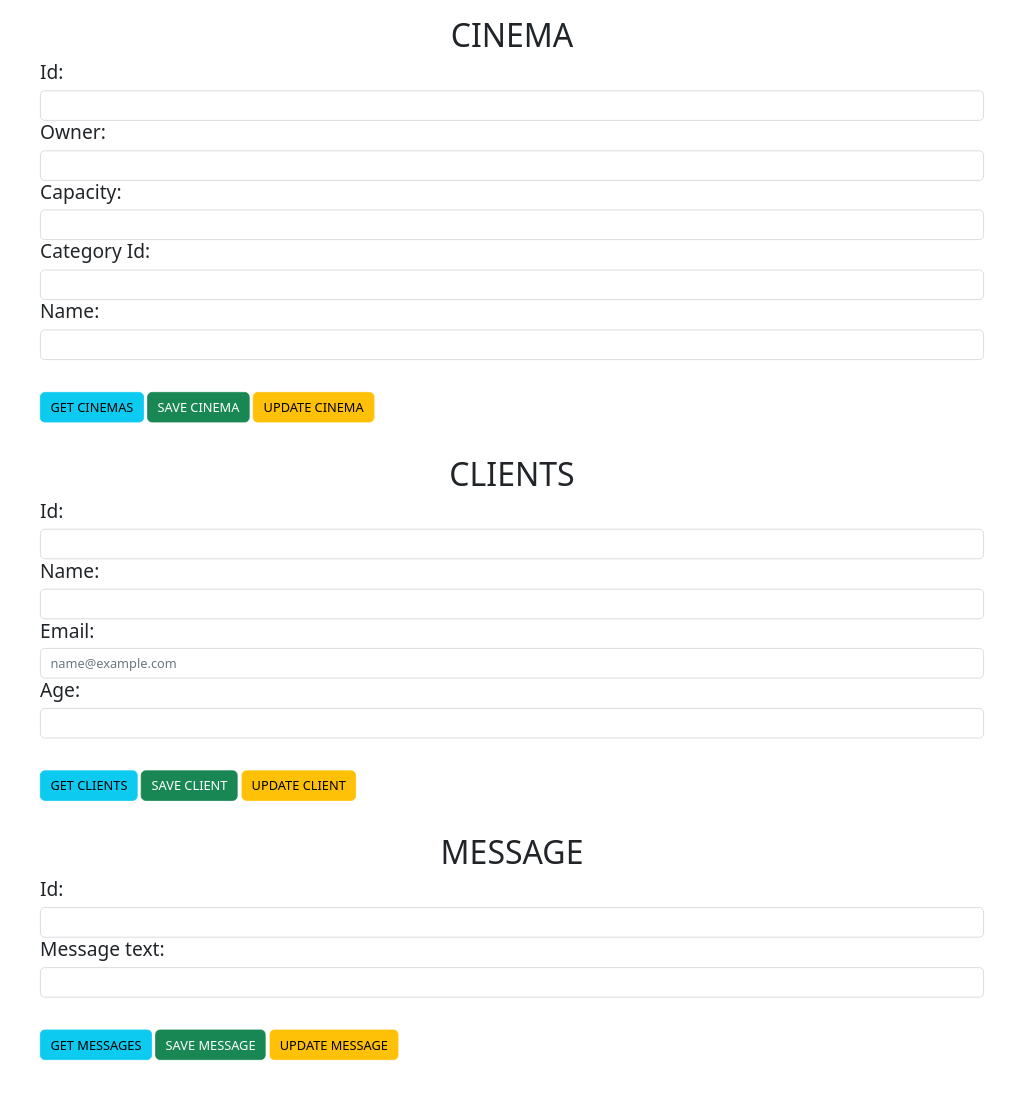
Repository: almendezl/MisionTIC
Page: index.html
The author's editor kept a copy of each file at every save. The page is drawn from the files as they stood at one save, then again after the next save.
The browser window is 1280 px wide. The pictures show the whole page, at 80% of full size.

Above is the page before, as saved 2022-10-01 22:26:49.

After the next save:
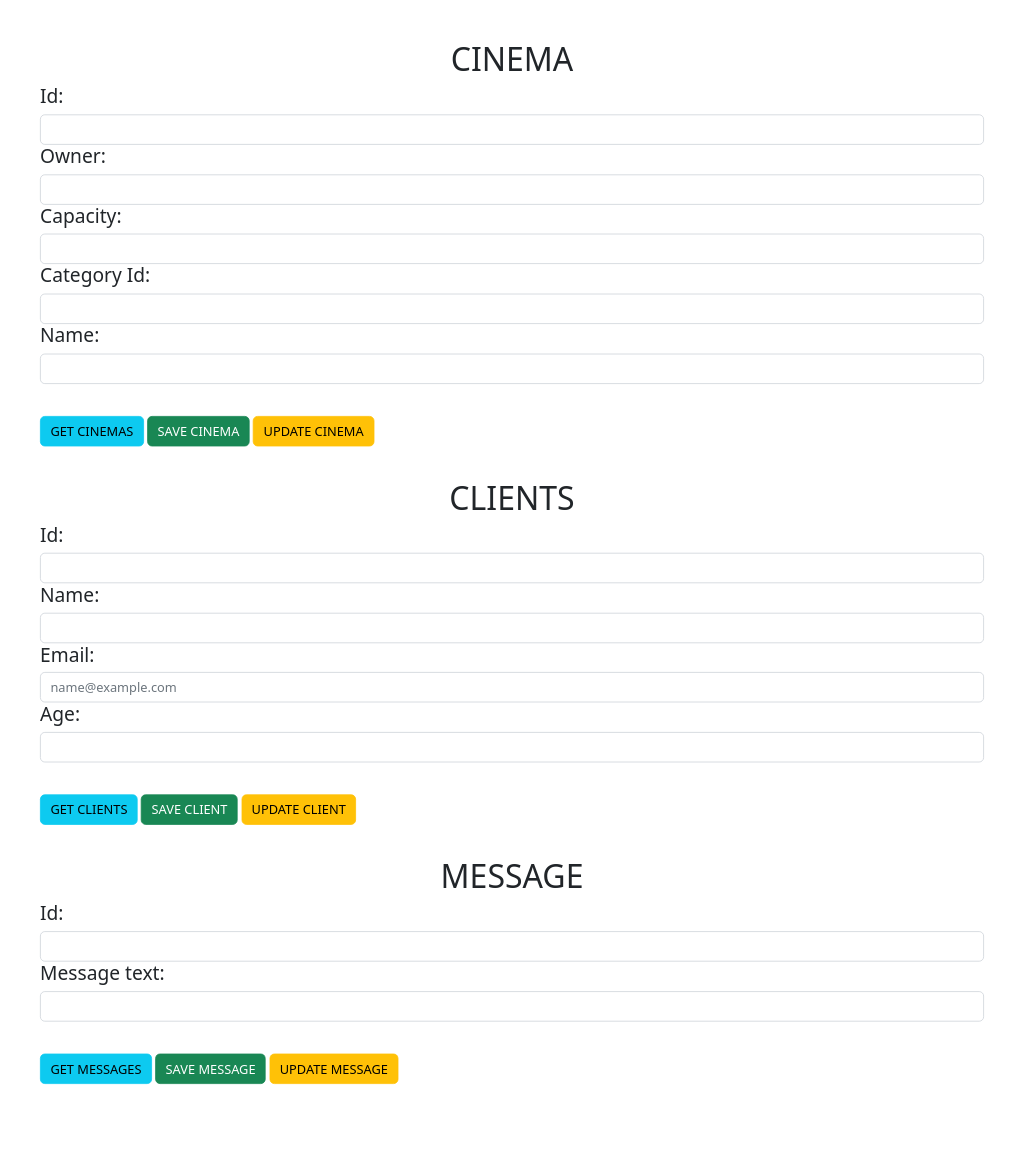
Saved 86 s later.
--- a/styles.css
+++ b/styles.css
@@ -1,4 +1,4 @@
 body {
 
-    padding: 20px 50px;
+    padding: 50px 50px;
   }
